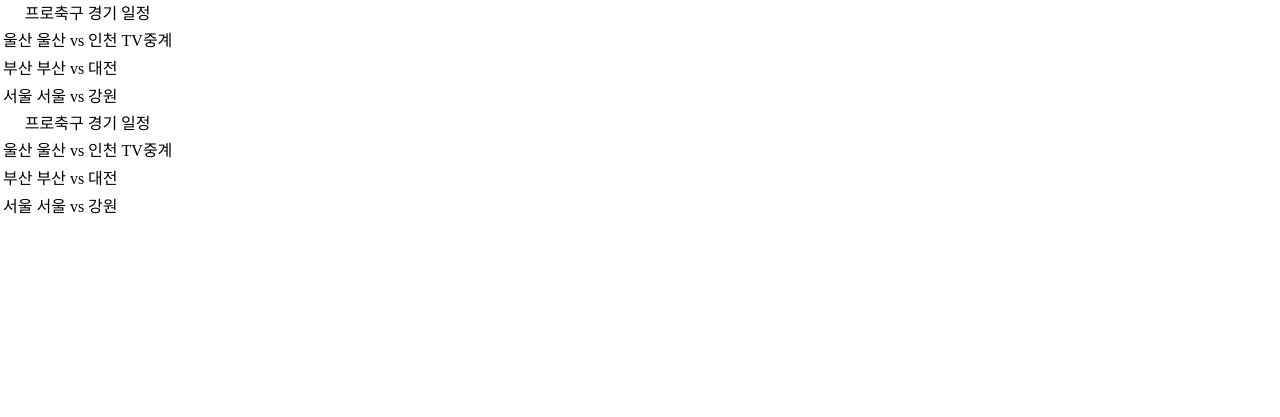
Repository: b1996om/HTML-CSS_study
Page: pro07/public/empty-cells.html
The author's editor kept a copy of each file at every save. The page is drawn from the files as they stood at one save, then again after the next save.
The browser window is 1280 px wide. The pictures show the whole page.

Above is the page before, as saved 2022-12-07 02:18:54.

After the next save:
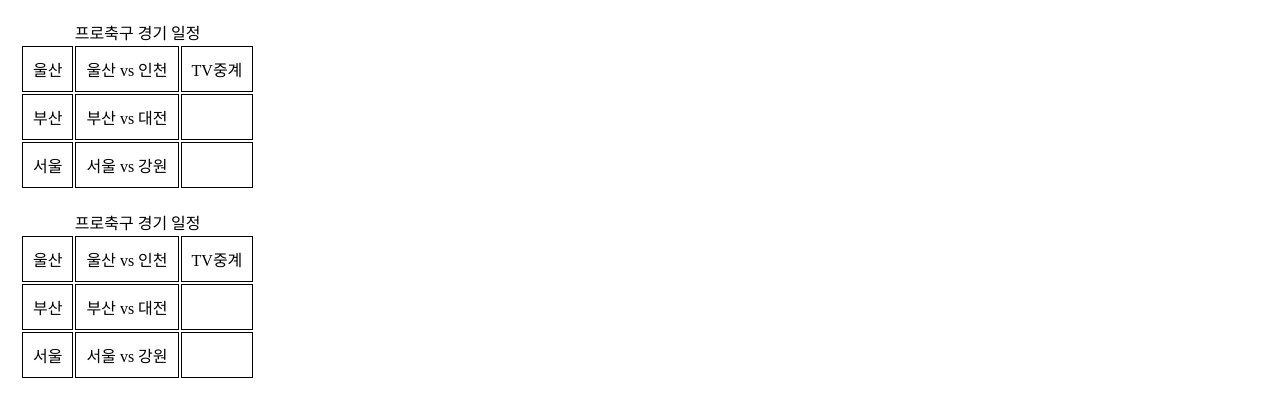
Saved 77 s later.
--- a/pro07/public/empty-cells.html
+++ b/pro07/public/empty-cells.html
@@ -9,7 +9,21 @@
 			padding:0;
 			font-family: 'Jeju Myeongjo', serif;
 		}
-
+		.schedule {
+			border-collapse:separate;
+			margin:20px;
+		}
+		td {
+			border:1px solid black;
+			padding:10px;
+			text-align:center;
+		}
+		#tb1 td {
+			empty-cells:show;
+		}
+		#tb1 td {
+			empty-cells:hide;
+		}
 	</style>
 </head>
 <body>
